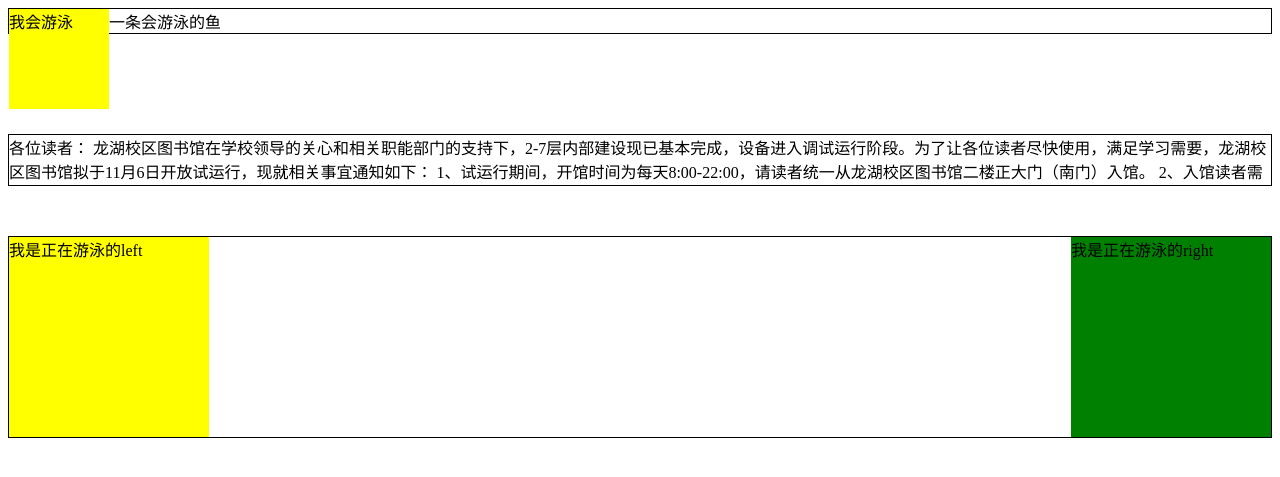
Repository: nanvon/front-end_byhuawei
Page: CSS浮动.html
An editor plug-in stored every save of this project. The page is shown before and after the next save, followed by the edit.
The browser window is 1280 px wide. The pictures show the whole page.

Above is the page before, as saved 2020-12-09 21:39:17.

After the next save:
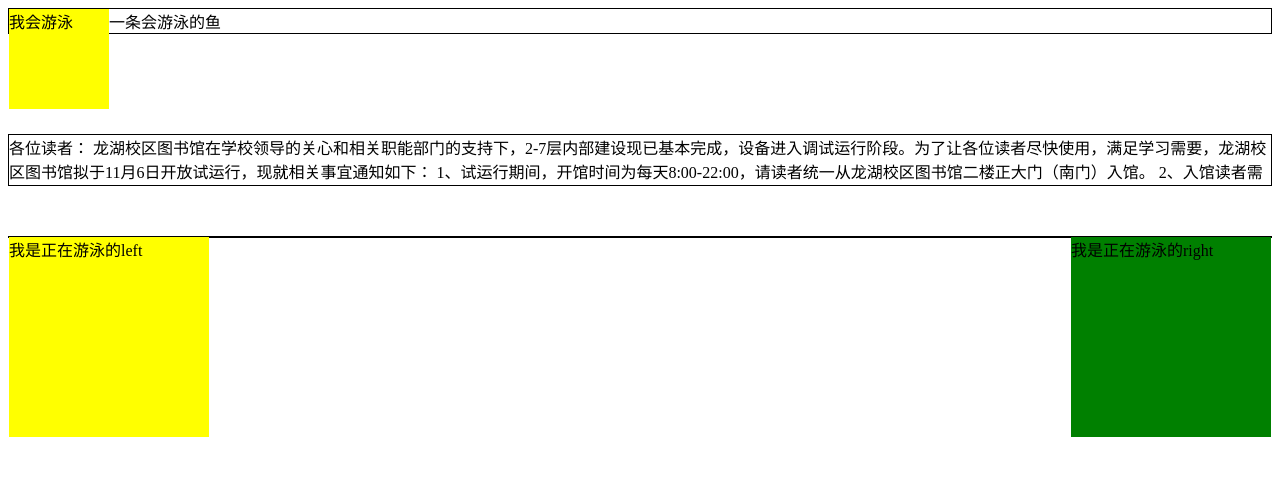
Saved 5 s later.
--- a/CSS浮动.html
+++ b/CSS浮动.html
@@ -42,7 +42,7 @@
         } */
 
         .clear{
-            clear: both;
+            /* clear: both; */
         }
         .box2{
             border: 1px solid black;

After the save that followed:
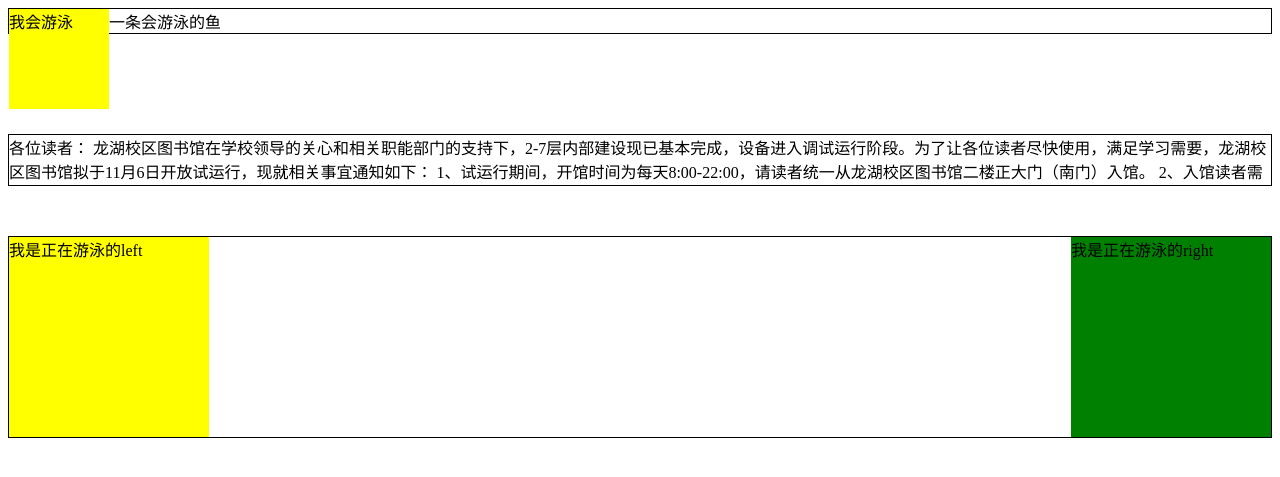
Saved 83 s later.
--- a/CSS浮动.html
+++ b/CSS浮动.html
@@ -35,11 +35,11 @@
             background: green;
             float: right;
         }
-        /* .clearfix:after{
+        .clearfix:after{
             content: "";
             clear:both;
             display: block;
-        } */
+        }
 
         .clear{
             /* clear: both; */
